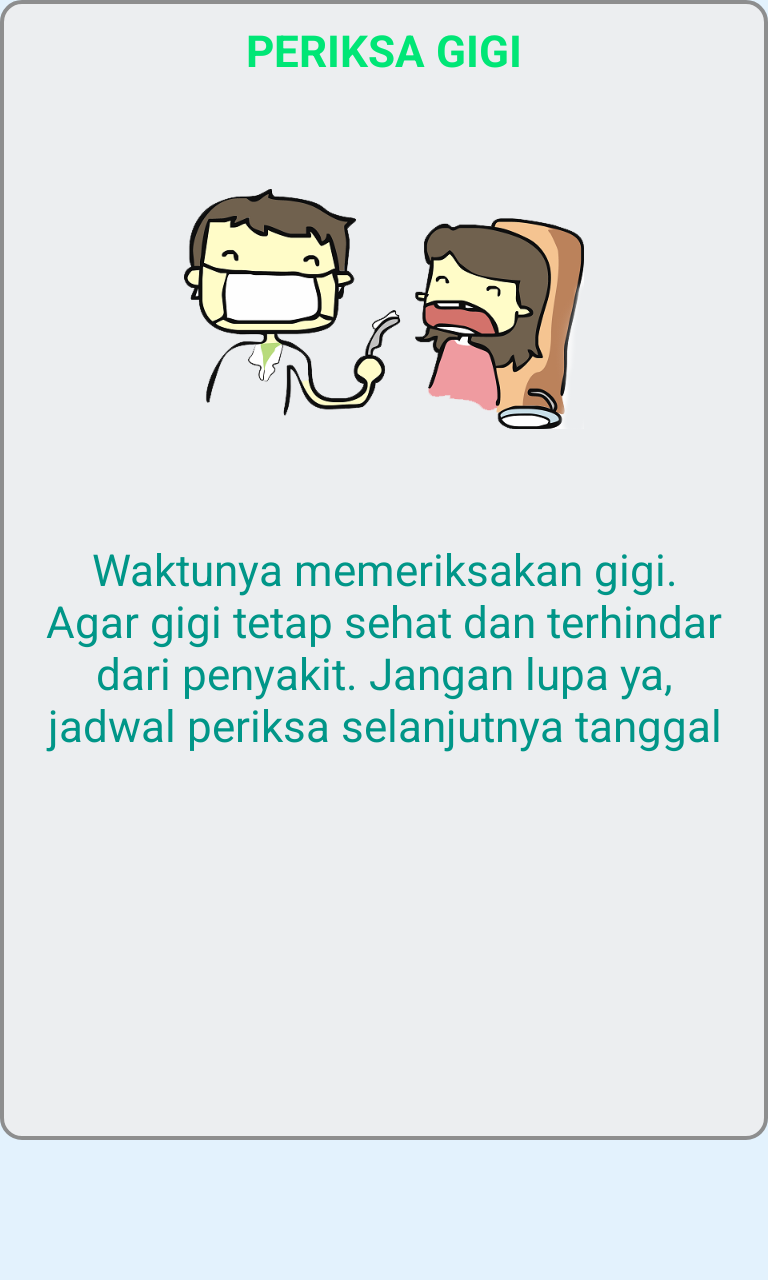
Repository: arifcebe/alarmAndroid
Layout: SenyumCeria/res/layout/notifperiksa.xml
These files come from the project's save history. The layout is drawn as it stood at one moment and after the next save; the edit follows.
It is drawn on a 768 x 1280 px phone screen (xhdpi) without system bars, with theme Theme.Senyum_ceria; the app's code is not run.

Above is the layout before, as saved 2015-05-22 03:37:33.

After the next save:
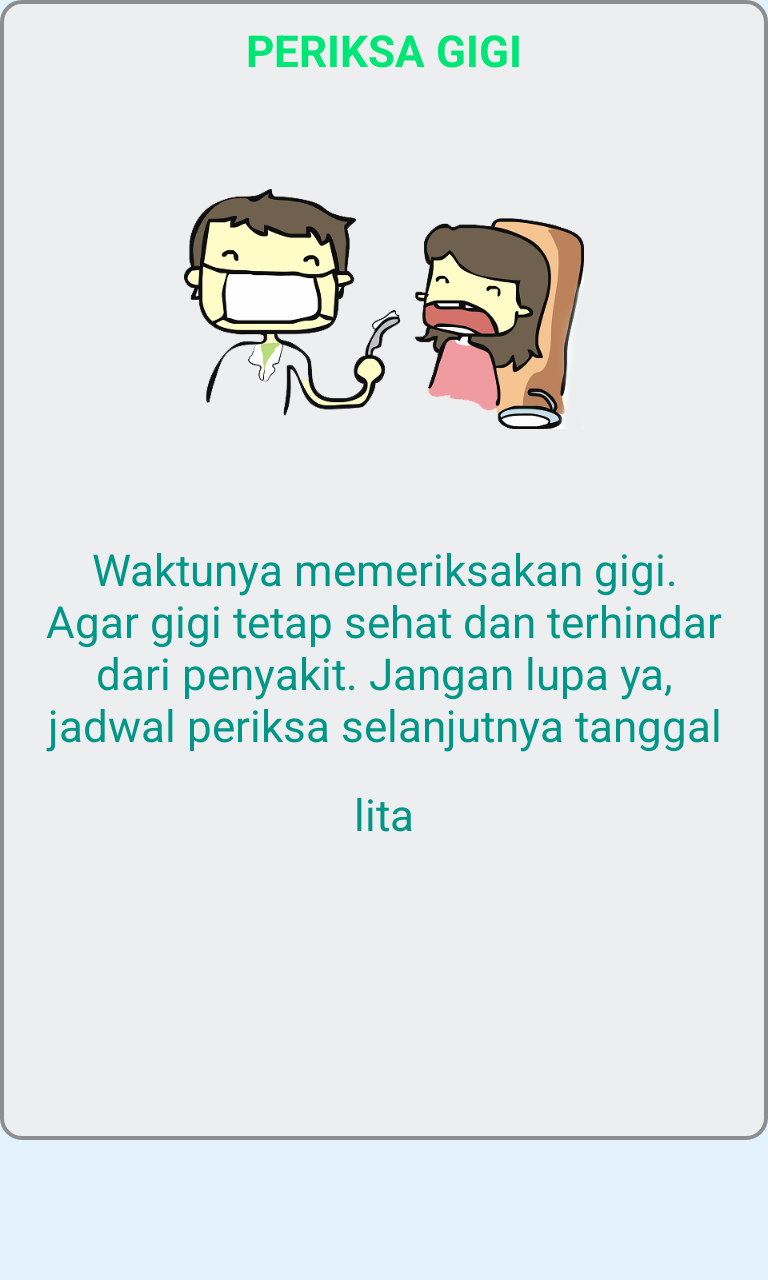
Saved 3 min 30 s later.
--- a/SenyumCeria/res/layout/notifperiksa.xml
+++ b/SenyumCeria/res/layout/notifperiksa.xml
@@ -62,7 +62,8 @@
      		      android:gravity="center_horizontal"
      		      android:textSize="22sp"
      		      android:layout_centerHorizontal="true"
-    	          android:textColor="@color/content" />
+    	          android:textColor="@color/content"
+    	          android:text="lita" />
 
 
    		 </RelativeLayout>

After the save that followed:
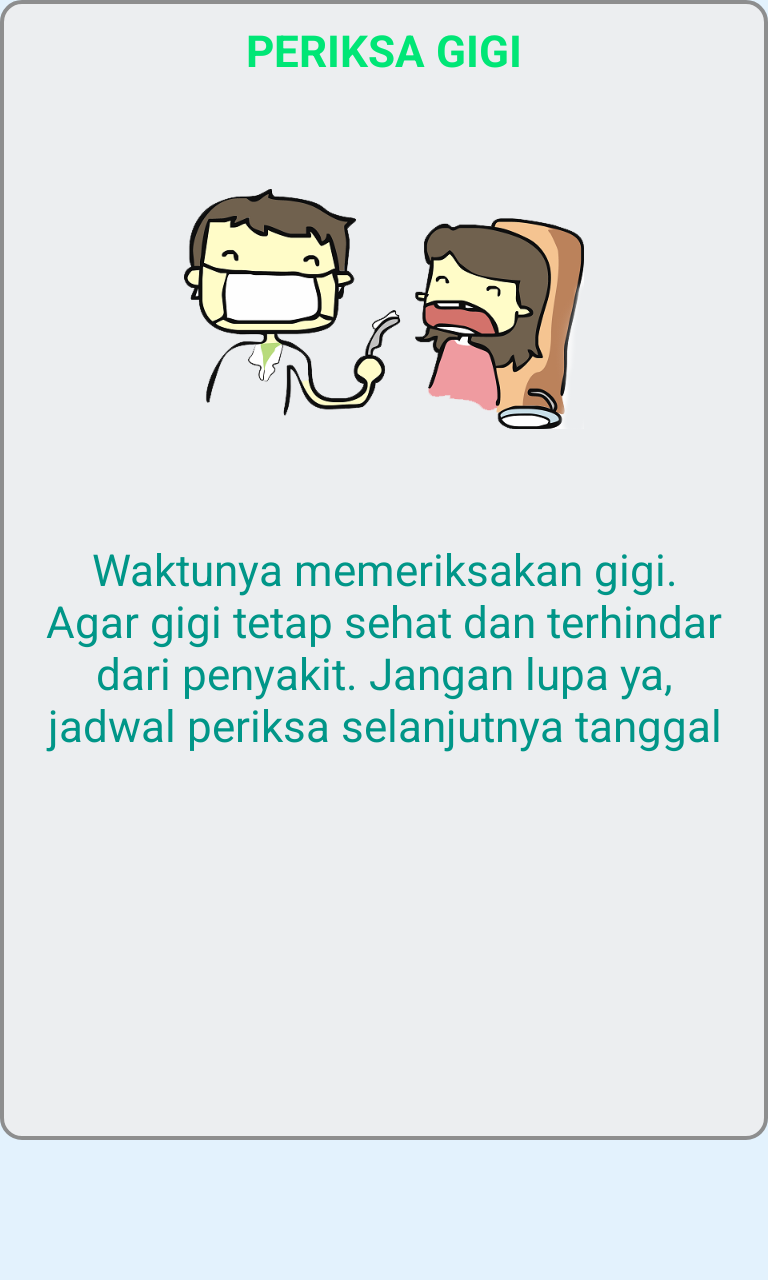
Saved 15 s later.
--- a/SenyumCeria/res/layout/notifperiksa.xml
+++ b/SenyumCeria/res/layout/notifperiksa.xml
@@ -63,7 +63,7 @@
      		      android:textSize="22sp"
      		      android:layout_centerHorizontal="true"
     	          android:textColor="@color/content"
-    	          android:text="lita" />
+    	           />
 
 
    		 </RelativeLayout>
